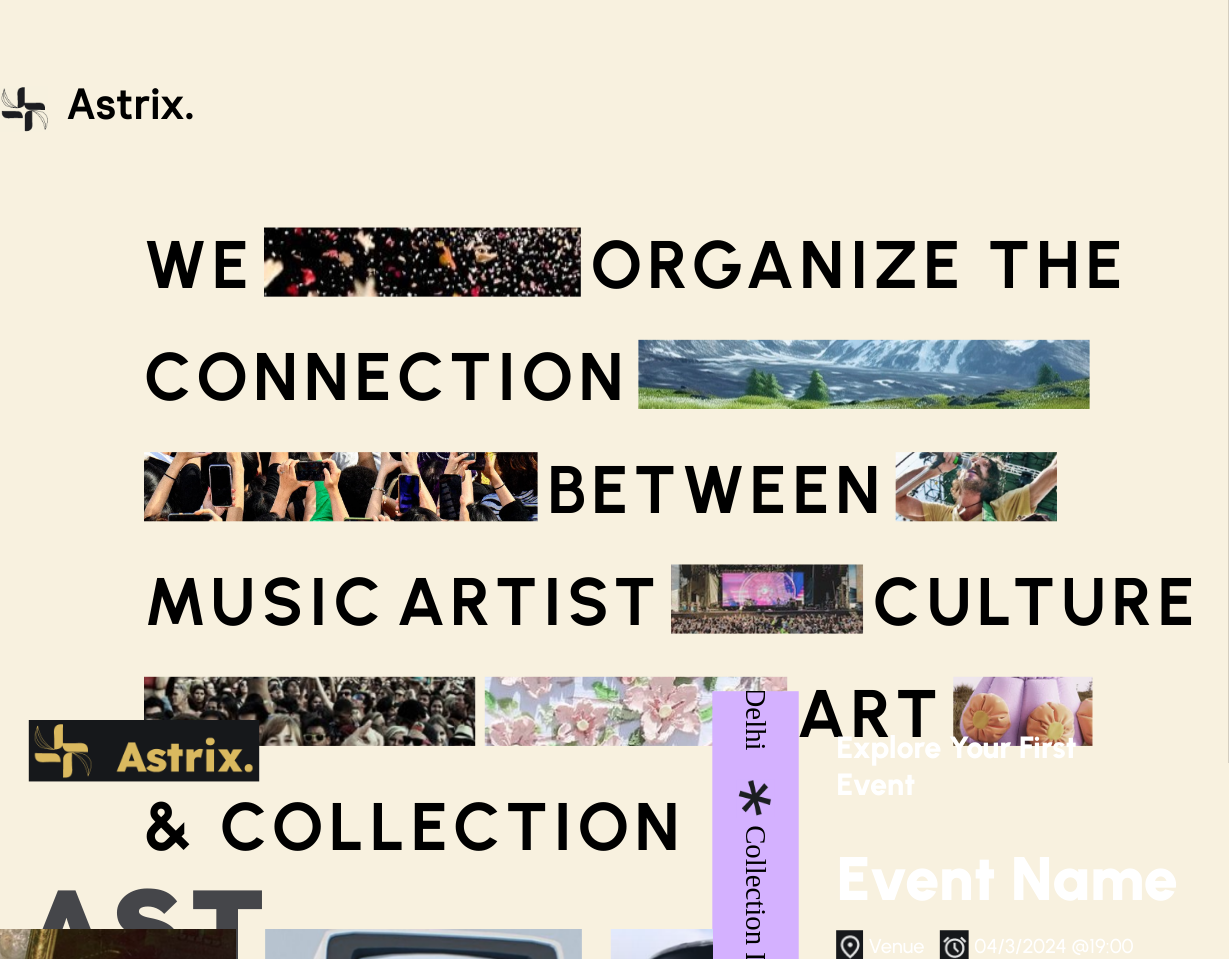
Repository: sharma171/astrix
Page: /
These files come from the project's save history. The page is drawn as it stood at one moment and after the next save; the edit follows.
The browser window is 1280 px wide. The pictures show the whole page, at 96% of full size.
Some web fonts or font styles are not loaded; a fallback is used. The project was rebuilt for these pictures with package versions that can differ from the ones it lists, and the page was loaded fresh each time.

Above is the page before, as saved 2024-05-20 20:16:35.

### src/index.jsx
import React from 'react';
import ReactDOM from 'react-dom/client';
// import './index.css';
import App from './App';
import reportWebVitals from './reportWebVitals';

const root = ReactDOM.createRoot(document.getElementById('root'));
root.render(
  // <React.StrictMode>
    <App />
  // </React.StrictMode>
);

// If you want to start measuring performance in your app, pass a function
// to log results (for example: reportWebVitals(console.log))
// or send to an analytics endpoint. Learn more: https://bit.ly/CRA-vitals
reportWebVitals();

### src/App.jsx
import React from "react";
import { BrowserRouter as Router, Route, Routes } from "react-router-dom";
import Home from "./Home";
import "./component/main.css";
//fonts
import "./fonts/FUTURA45LIGHT.TTF";
import "./fonts/FUTURA55REGULAR.TTF";
import "./fonts/FUTURA65MEDIUM.TTF";
import "./fonts/FUTURA75BOLD.TTF";

function App() {
  return (
    <div>
      <Router>
        <Routes>
          <Route path="/" element={<Home/>} />
        </Routes>
      </Router>
    </div>
  );
}
export default App;

### src/Home.jsx
import React, { useState } from 'react';
import Hero from "./component/hero";
import HomeSection from './component/homesection';
const Home = () => {
    const [heroActive, setHeroActive] = useState(false);
    const handleActive = () => {
        setHeroActive(!heroActive);
    }
    return(
        <div>
            <div className={`floating-hero ${heroActive ? 'active' : ''}`} onClick={handleActive}>
                <Hero />
            </div>
            <div className={`homesection ${heroActive ? 'active' : ''}`}>
                <HomeSection />
            </div>
        </div>
    );
}
export default Home;

### src/component/main.css
@import url('https://fonts.googleapis.com/css2?family=Urbanist:ital,wght@0,100..900;1,100..900&display=swap');

body {
    background: #17181c;
}
.invisible-scrollbar::-webkit-scrollbar {
    display: none;
  }

@font-face {
    font-family: "sebino";
    src: local("sebino"),
     url("../fonts/Sebino-Regular.ttf") format("truetype");
    font-weight: 500;
}
@font-face {
    font-family: "futuralight";
    src: local("futuralight"),
     url("../fonts/FUTURA45LIGHT.TTF") format("truetype");
    font-weight: light;
}
@font-face {
    font-family: "futuraregular";
    src: local("futuraregular"),
     url("../fonts/FUTURA55REGULAR.TTF") format("truetype");
    font-weight: regular;
}
@font-face {
    font-family: "futuramedium";
    src: local("futuramedium"),
     url("../fonts/FUTURA65MEDIUM.TTF") format("truetype");
    font-weight: medium;
}
@font-face {
    font-family: "futurabold";
    src: local("futurabold"),
     url("../fonts/FUTURA75BOLD.TTF") format("truetype");
    font-weight: bold;
}

*{
    padding: 0;
    margin: 0;
}
* a{
    text-decoration: none;
}
* .row-flex {
    display: flex;
    flex-direction: row;
}
* .col-flex {
    display: flex;
    flex-direction: column;
}
* .container {
    width: 100%;
    max-width: 1380px;
    margin: 0 auto;
}
* .bigcontainer {
    width: 100%;
    max-width: 1520px;
    margin: 0 auto;
}
#root {
    background: #17181c;
    min-height: 100vh;
}

### src/component/hero.jsx
import React from "react";
import Header from "./header";
import "./hero-overlay/css/hero.css";
import ImageOne from "./hero-overlay/images/heroimage1.jpeg";
import ImageTwo from "./hero-overlay/images/heroimage2.jpeg";
import ImageThree from "./hero-overlay/images/heroimage3.jpg";
import ImageFour from "./hero-overlay/images/heroimage4.png";
import ImageFive from "./hero-overlay/images/heroimage5.png";
import ImageSix from "./hero-overlay/images/heroimag6.png";
import ImageSeven from "./hero-overlay/images/heroimage7.png";
import ImageEight from "./hero-overlay/images/heroimage8.png";
const Hero = () => {
    return(
        <>
            <Header />
            <div className={`container`} >
                <div className={`hero-anim row-flex`}>
                    <h3 className="hero-text">WE</h3>
                    <img className="hero-image" src={ImageOne} alt="" />
                    <h3 className="hero-text">ORGANIZE THE</h3>
                    <h3 className="hero-text">CONNECTION</h3>
                    <img className="hero-image" src={ImageTwo} alt="" />
                    <img className="hero-image" src={ImageThree} alt="" />
                    <h3 className="hero-text">BETWEEN</h3>
                    <img className="hero-image" src={ImageFour} alt="" />
                    <h3 className="hero-text">MUSIC</h3>
                    <h3 className="hero-text">ARTIST</h3>
                    <img className="hero-image" src={ImageFive} alt="" />
                    <h3 className="hero-text">CULTURE</h3>
                    <img className="hero-image" src={ImageSix} alt="" />
                    <img className="hero-image" src={ImageSeven} alt="" />
                    <h3 className="hero-text">ART</h3>
                    <img className="hero-image" src={ImageEight} alt="" />
                    <h3 className="hero-text">& COLLECTION</h3>
                </div>
            </div>
        </>
    );
}
export default Hero;

### src/component/header.jsx
import React from 'react';
import { Link } from 'react-router-dom';
import "./hero-overlay/css/header.css"
import HeroLogo from './hero-overlay/images/png logo.png';

const Header = () => {
    return(
        <div className="ov-header">
            <div className="container">
                <div className="navmenu">
                    <Link to="#" className="row-flex">
                        <img
                            src={HeroLogo}
                            alt="Asterix-logo"
                            className="brand-logo"
                        />
                        <h1 className='brand-name'>Astrix.</h1>
                    </Link>
                </div>
            </div>
        </div>
    )
}

export default Header;

### src/component/hero-overlay/css/hero.css
.floating-hero {
    background: #f8f1df;
    min-height: 100vh;
    transition: all 2s;
    cursor: pointer;
    display: block;
    position: static;
    width: 100%;
    transition: all 3s ease-in-out;
    top: 0;
    z-index: 100;
}
.floating-hero.active {
    display: block;
    position: fixed;
    top: -500%;
    left: 0;
}
.floating-hero .navmenu{
    padding-top: 90px;
}

.floating-hero .hero-anim {
    flex-wrap: wrap;
    row-gap: 40px;
    column-gap: 10px;
    padding-left: 150px;
    padding-top: 100px;
    padding-bottom: 100px;
}

.floating-hero .hero-anim .hero-image {
    max-height: 72px;
    object-fit: cover;
}
.floating-hero .hero-anim .hero-text {
    font-family: "Urbanist", sans-serif;
    font-size: 70px;
    letter-spacing: 6px;
    line-height: 1.1;
    font-weight: 700;
    color: #000;
}
.floating-hero .hero-anim .hero-image:nth-child(2) {
    animation-name: hero-first;
    animation-duration: 9s;
    animation-timing-function: ease-in-out;
    animation-iteration-count: infinite;
    animation-delay: 2s;
    width: 450px;
}
.floating-hero .hero-anim .hero-image:nth-child(5) {
    animation-name: hero-second;
    animation-duration: 9s;
    animation-timing-function: ease-in-out;
    animation-iteration-count: infinite;
    animation-delay: 2s;
    width: 620px;
}
.floating-hero .hero-anim .hero-image:nth-child(6) {
    animation-name: hero-third;
    animation-duration: 9s;
    animation-timing-function: ease-in-out;
    animation-iteration-count: infinite;
    animation-delay: 2s;
    width: 340px;
}
.floating-hero .hero-anim .hero-image:nth-child(11) {
    animation-name: hero-four;
    animation-duration: 9s;
    animation-timing-function: ease-in-out;
    animation-iteration-count: infinite;
    animation-delay: 2s;
    width: 300px;
}
.floating-hero .hero-anim .hero-image:nth-child(13) {
    animation-name: hero-fifth;
    animation-duration: 9s;
    animation-timing-function: ease-in-out;
    animation-iteration-count: infinite;
    animation-delay: 2s;
    width: 190px;
}
.floating-hero .hero-anim .hero-image:nth-child(14) {
    animation-name: hero-sixth;
    animation-duration: 9s;
    animation-timing-function: ease-in-out;
    animation-iteration-count: infinite;
    animation-delay: 2s;
    width: 255px;
}
@keyframes hero-first {
    0% {
        width: 450px;
    }
    25% {
        width: 330px;
    }
    50% {
        width: 330px;
    }
    75% {
        width: 450px;
    }
    100% {
        width: 450px;
    }
}
@keyframes hero-second {
    0% {
        width: 620px;
    }
    25% {
        width: 470px;
    }
    50% {
        width: 470px;
    }
    75% {
        width: 620px;
    }
    100% {
        width: 620px;
    }
}
@keyframes hero-third {
    0% {
        width: 340px;
    }
    25% {
        width: 410px;
    }
    50% {
        width: 410px;
    }
    75% {
        width: 340px;
    }
    100% {
        width: 340px;
    }
}
@keyframes hero-four {
    0% {
        width: 300px;
    }
    25% {
        width: 200px;
    }
    50% {
        width: 200px;
    }
    75% {
        width: 300px;
    }
    100% {
        width: 300px;
    }
}
@keyframes hero-fifth {
    0% {
        width: 190px;
    }
    25% {
        width: 345px;
    }
    50% {
        width: 345px;
    }
    75% {
        width: 190px;
    }
    100% {
        width: 190px;
    }
}
@keyframes hero-sixth {
    0% {
        width: 255px;
    }
    25% {
        width: 315px;
    }
    50% {
        width: 315px;
    }
    75% {
        width: 255px;
    }
    100% {
        width: 255px;
    }
}

### src/component/home.css
@import url('https://fonts.googleapis.com/css2?family=Lexend:wght@100..900&family=Roboto+Slab:wght@100..900&display=swap');
@import url('https://db.onlinewebfonts.com/c/98715f5363bc3d7c04ff2c41e302118e?family=EnglishGrotesque+W00+Medium');

/* Carousel columns */


.homesection.active {
    position: static;
    top: 0;
    margin-top: 0;
}
.homesection{
    position: fixed;
    bottom: -100%;
    left: 0;
    width: 100%;
    height: 100%;
    transition: all 3s ease-out;
    margin-top: 100vh;
}
.homesection .car-row-col {
    width: 65%;
}
.homesection .car-row-row {
    flex-wrap: nowrap;
    width: 100%;
}
.homesection .car-col {
    width: calc(100% - 90px);
}
.homesection .tick-col {
    width: 90px;
    background: #d4b1ff;
}
.homesection .car-col .homebrand {
    margin-top: 30px;
    margin-left: 30px;
}
.homesection .car-col .homebrand img{
    width: 240px;
}

.homesection .car-col .carousel-inner.active {
    z-index: 1;
    opacity: 1;
    position: relative;
    overflow: unset;
    margin: 90px 0 0 0;
    height: unset;
}
.homesection .car-col .carousel-inner {
    position: relative;
    overflow: hidden;
    height: 0;
    z-index: -10;
    opacity: 0;
    transition: all ease-in-out .4s
}

.homesection .car-col .carousel-inner .one {
    position: absolute;
    top: 0;
    color: #45464a;
    font-family: "Lexend", sans-serif;
    font-size: 114px;
    line-height: 1;
    font-weight: 800;
    letter-spacing: 8px;
    margin-left: 30px;
    z-index: 1;
}
.homesection .car-col .carousel-inner .two {
    position: absolute;
    bottom: 60px;
    color: #45464a;
    font-family: "Lexend", sans-serif;
    font-size: 114px;
    line-height: 1;
    font-weight: 800;
    letter-spacing: 8px;
    margin-left: 30px;
    z-index: 1;
}
.homesection .car-col .carousel-inner .carousel-box {
    z-index: 10;
    position: relative;
    padding-top: 60px;
    padding-left: 28%;
    gap: 30px;
    display: flex;
    flex-direction: row;
    overflow: hidden;
}
.homesection .car-col .carousel-inner .carousel-box .car-item {
    height: 500px;
    width: 330px;
    max-height: 500px;
    max-width: 330px;
    position: relative;
    animation-name: carousel;
    animation-delay: 2s;
    animation-duration: 14s;
    animation-iteration-count:infinite;
    animation-timing-function: ease-in-out;
}
.homesection .car-col .carousel-inner .carousel-box .car-item:nth-child(1) .overlay {
    animation-name: visible1;
    animation-delay: 2s;
    animation-duration: 14s;
    animation-iteration-count:infinite;
    animation-timing-function: ease-in-out;
    opacity: 0;
}
.homesection .car-col .carousel-inner .carousel-box .car-item:nth-child(2) .overlay {
    animation-name: visible2;
    animation-delay: 2s;
    animation-duration: 14s;
    animation-iteration-count:infinite;
    animation-timing-function: ease-in-out;
    opacity: 0;
}
.homesection .car-col .carousel-inner .carousel-box .car-item:nth-child(3) .overlay {
    animation-name: visible3;
    animation-delay: 2s;
    animation-duration: 14s;
    animation-iteration-count:infinite;
    animation-timing-function: ease-in-out;
    opacity: 0;
}
.homesection .car-col .carousel-inner .carousel-box .car-item:nth-child(4) .overlay {
    animation-name: visible4;
    animation-delay: 2s;
    animation-duration: 14s;
    animation-iteration-count:infinite;
    animation-timing-function: ease-in-out;
    opacity: 0;
}
@keyframes carousel {
    0% {
        transform: translate(0%);
    }
    3% {
        transform: translate(-80%);
    }
    5% {
        transform: translate(-75%);
    }
    25% {
        transform: translate(-75%);
    }
    28% {
        transform: translate(-190%);
    }
    30% {
        transform: translate(-184%);
    }
    50% {
        transform: translate(-184%);
    }
    53% {
        transform: translate(-300%);
    }
    55% {
        transform: translate(-294%);
    }
    75% {
        transform: translate(-294%);
    }
    78% {
        transform: translate(10%);
    }
    80% {
        transform: translate(-0%);
    }
    100% {
        transform: translate(0%);
    }
}
@keyframes visible1 {
    0% {
        opacity: 0;
    }
    5% {
        opacity: 1;
    }

    75% {
        opacity: 1;
    }
    80% {
        opacity: 0;
    }
    100% {
        opacity: 0;
    }
}

@keyframes visible2 {
    0% {
        opacity: 1;
    }
    5% {
        opacity: 0;
    }
    25% {
        opacity: 0;
    }
    28% {
        opacity: 1;
    }
    100% {
        opacity: 1;
    }
}
@keyframes visible3 {
    0% {
        opacity: 1;
    }
    25% {
        opacity: 1;
    }
    30% {
        opacity: 0;
    }
    50% {
        opacity: 0;
    }
    53% {
        opacity: 1;
    }
    55% {
        opacity: 1;
    }
    75% {
        opacity: 1;
    }
    78% {
        opacity: 1;
    }
    80% {
        opacity: 1;
    }
    100% {
        opacity: 1;
    }
}
@keyframes visible4 {
    0% {
        opacity: 1;
    }
    50% {
        opacity: 1;
    }
    55% {
        opacity: 0;
    }
    75% {
        opacity: 0;
    }
    78% {
        opacity: 1;
    }
    80% {
        opacity: 1;
    }
    100% {
        opacity: 1;
    }
}



.homesection .car-col .carousel-inner .carousel-box .car-item .carimg {
    height: 500px;
    width: 330px;
    max-height: 500px;
    max-width: 330px;
    object-fit: cover;
}

.homesection .car-col .carousel-inner .carousel-box .car-item .top-head {
    position: absolute;
    top: -50px;
    font-family: "urbanist";
    font-weight: 700;
    left: 0;
    font-size: 40px;
    color: #fff;
}
.homesection .car-col .carousel-inner .carousel-box .car-item .overlay {
    position: absolute;
    top: 0;
    left: 0;
    width: 100%;
    height: 100%;
    display: flex;
    justify-content: flex-end;
    align-items: flex-start;
    color: #fff;
    font-family: "Urbanist", sans-serif;
    background: linear-gradient(0deg, rgb(0 0 0 / 29%) 40%, rgb(0 0 0 / 0%) 100%);
}

.homesection .car-col .carousel-inner .carousel-box .car-item .overlay .eventname {
    font-size: 40px;
    font-weight: 700;
    line-height: 1;
    margin: 25px 25px 30px 25px;
    letter-spacing: 1.7px;
}
.homesection .car-col .carousel-inner .carousel-box .car-item .overlay .location {
    margin: 0px 25px 25px 25px;
    gap: 6px
}
.homesection .car-col .carousel-inner .carousel-box .car-item .overlay .location .icon {
    width: 18px;
    height: 18px;
}
.homesection .car-col .carousel-inner .carousel-box .car-item .overlay .location span {
    font-size: 19px;
    font-weight: 500;
    line-height: 1.1;
    color: #ffffffd6;
}

.homesection .car-col .section-tabs{
    margin: 55px auto 55px 30px;
    background: #2b2c30;
    width: fit-content;
    border-radius: 200px;
}

.homesection .car-col .section-tabs .tabspan.active{
    background: #4b5056;
    border-radius: 200px;
}
.homesection .car-col .section-tabs .tabspan {
    font-size: 23px;
    line-height: 1;
    cursor: pointer;
    transition: all 0.5s;
    color: #fdfbf8;
    line-height: 1;
    font-weight: 500;
    padding: 15px 40px;
    font-family: "Urbanist", sans-serif;
}

.homesection .tick-col {
    align-content: center;
    align-items: center;
    justify-content: flex-start;
    max-height: 100vh;
    position: sticky;
    top: 0;
    overflow: hidden;
}
.homesection .tick-col .ticker-box {
    height: fit-content;
    font-family: "EnglishGrotesque W00 Medium";
    color: #000;
    gap: 30px;
    padding-top: 20px;
    padding-bottom: 20px;
    animation-name: ticker-box;
    animation-iteration-count:infinite;
    animation-duration: 30s;
    animation-delay: 1s;
}
.homesection .tick-col .ticker-box .ticker-inner {
    gap: 8px;
    align-items: center;
}
.homesection .tick-col .ticker-box .ticker-inner .ticker-icon {
    width: 40px;
    height: 40px;
}
.homesection .tick-col .ticker-box .ticker-inner span {
    writing-mode: vertical-lr;
    font-size: 30px;
}

@keyframes ticker-box {
    0% {
        transform: translateY(0%);
        opacity: 1;
    }
    98% {
        transform: translateY(-90%);
    }
    99% {
        transform: translateY(-90%);
        opacity: 1;
    }
    100% {
        transform: translateY(0%);
        opacity: 0;
    }
}


/* //Event columns */
.homesection .evnt-col{
    width: 35%;
    color: #fff;
    font-family:"Urbanist", sans-serif;
}
.homesection .evnt-col .form {
    height: 0;
    overflow: hidden;
    opacity: 0;
    z-index: 0;
    transition: all 0.4s;
}
.homesection .evnt-col .form.active {
        height: unset;
    overflow: unset;
    opacity: 1;
    z-index: 10;
    transition: all 0.4s;
}
.homesection .evnt-col .topheading {
    font-size: 32px;
    font-family:"Urbanist", sans-serif;
    font-weight: 800;
    margin: 40px 39px;
    line-height: 1.2;
}
.homesection .evnt-col .main-head {
    font-size: 64px;
    font-family:"Urbanist", sans-serif;
    font-weight: 900;
    margin: 30px 39px 15px 39px;
    line-height: 1.2;
}

.homesection .evnt-col .venue-time {
    gap: 16px;
    margin: 0px 39px 15px 39px;
}
.homesection .evnt-col .location-time {
    gap: 6px;
    align-items: center;
}
.homesection .evnt-col .location-time .loc-icon {
    height: 35px;
    width: auto;
}
.homesection .evnt-col .location-time .loc-text {
    font-size: 21px;
    font-weight: 500;
    line-height: 1.5;
}
.homesection .evnt-col .para {
    font-size: 16.5px;
    font-weight: 500;
    line-height: 1.5;
    margin: 0px 39px 15px 39px;
    max-width: 60%;
}
.homesection .evnt-col .artist-head {
    font-size: 26px;
    line-height: 1.2;
    margin: 20px 39px 15px 39px;
}
.homesection .evnt-col .artist-section {
    justify-content: center;
    margin-top: 35px;
}
.homesection .evnt-col .astrix-interest {
    width: calc(100% - 150px);
    margin: 10px 30px 0px 30px;
}
.homesection .evnt-col .collectibles {
    width: calc(100% - 30px);
    margin: 20px 0 10px 30px;
    overflow: scroll;
    gap: 16px;
}
.homesection .evnt-col .collectibles .collect-img {
    width: 150px;
    height: 204px;
    max-width: 150px;
    max-height: 204px;
    object-fit: cover;
}
.homesection .evnt-col .artist-section .artist-img {
    width: calc(100% - 40px);
    min-width: calc(100% - 40px);
    max-width: calc(100% - 40px);
    height: fit-content;
    max-height: fit-content;
}
.homesection .evnt-col .submit-row {
    justify-content: space-between;
    margin: 50px 30px 0 30px;
    min-height: 98px;
}
.homesection .evnt-col .submit-row .submit {
    font-size: 25px;
    font-weight: 500;
    line-height: 1.5;
    padding: 8px 25px;
    margin: auto 0 0 auto;
    background: #ffbd4d;
    color: #1b1e21;
    font-family: "EnglishGrotesque W00 Medium";
    border-radius: 100px;
    font-weight: 700;
    letter-spacing: 2px;
}

### src/component/hero-overlay/css/header.css
.ov-header .navmenu .brand-logo {
    width: 50px;
    height: auto;
}
.ov-header .brand-name {
    font-family: "sebino";
    color: black;
    font-size: 43px;
    line-height: 0.8;
    align-self: center;
    margin-left: 20px;
    letter-spacing: 1.5px;
}

Loaded but not shown: public/index.html (common file); src/reportWebVitals.js (common file); src/component/homesection.js (205 lines, source omitted)

After the next save:
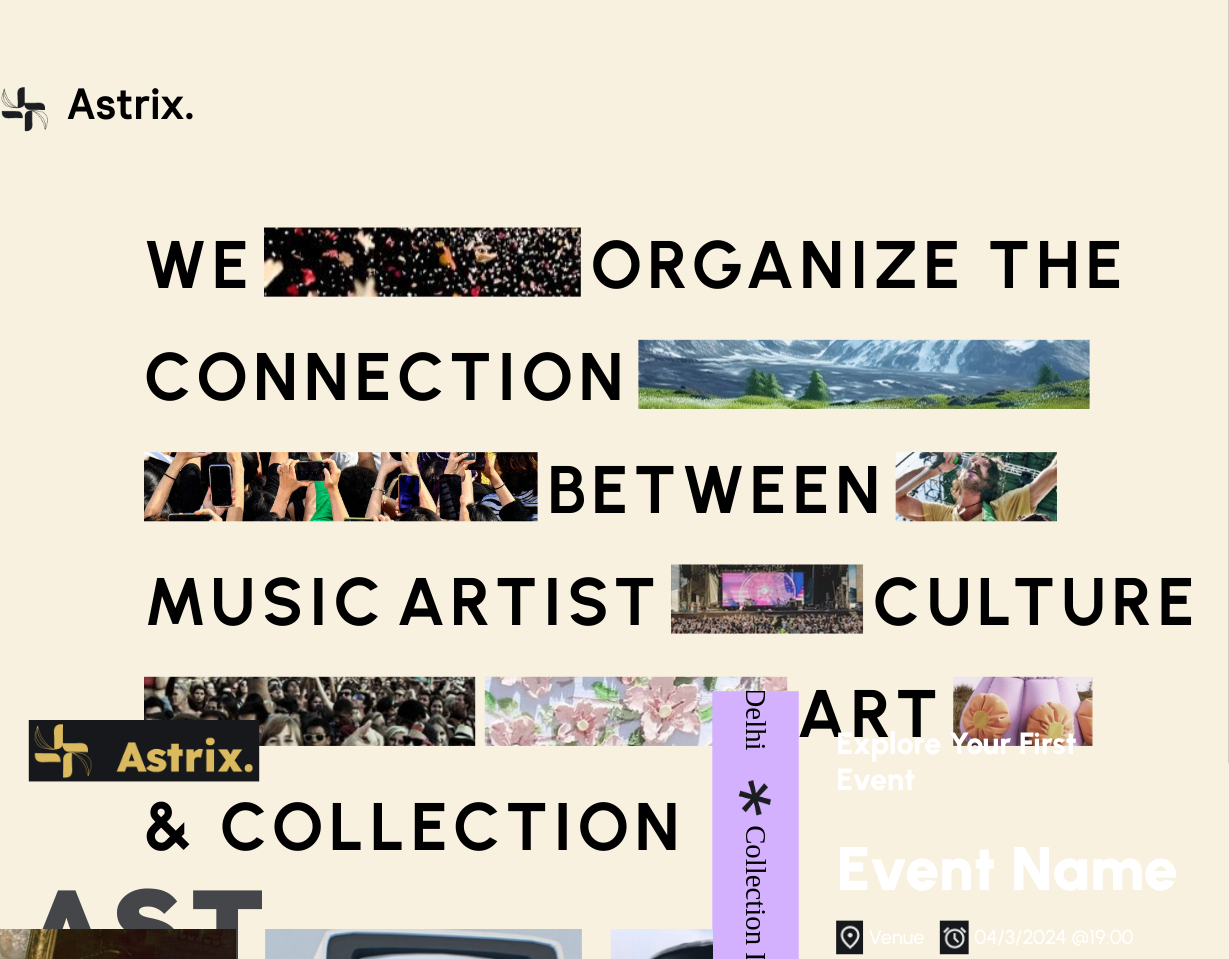
Saved 61 s later.
--- a/src/component/home.css
+++ b/src/component/home.css
@@ -423,7 +423,7 @@
     font-size: 32px;
     font-family:"Urbanist", sans-serif;
     font-weight: 800;
-    margin: 40px 39px;
+    margin: 35px 39px;
     line-height: 1.2;
 }
 .homesection .evnt-col .main-head {
